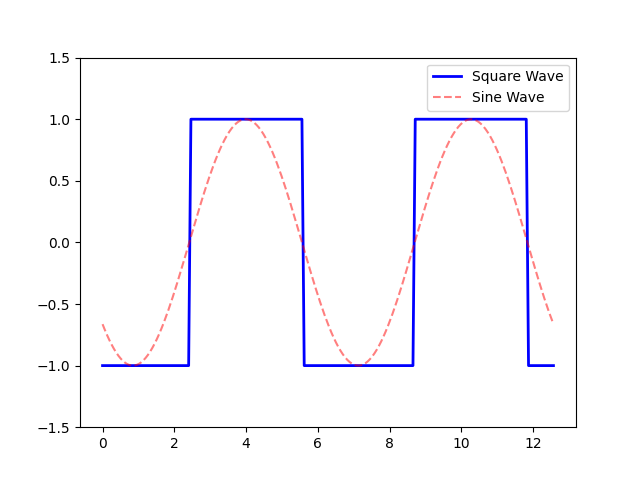
Repository: khulqu15/drone_smc_copppelia
Script's output: python py/realtime.py
These files come from the project's save history. The script's output is drawn as it stood at one moment and after the next save; the edit follows.
Animations are shown at an early frame. Random numbers start from a fixed seed.

Above is the script's output before, as saved 2024-06-24 00:52:24.

### py/realtime.py
import numpy as np
import matplotlib.pyplot as plt

# Initialize parameters and plot
x_len = 200
y_range = [-1.5, 1.5]
xs = np.linspace(0, 4 * np.pi, x_len)
ys = np.sin(xs)
square_ys = np.sign(ys)

plt.ion()  # Turn on interactive mode
fig, ax = plt.subplots()
ax.set_ylim(y_range)

line, = ax.plot(xs, square_ys, 'b-', linewidth=2, label='Square Wave')
sine_line, = ax.plot(xs, ys, 'r--', alpha=0.5, label='Sine Wave')
ax.legend()

frame = 0
try:
    while True:
        ys = np.sin(xs + frame)
        square_ys = np.sign(ys)

        line.set_ydata(square_ys)
        sine_line.set_ydata(ys)

        fig.canvas.draw()
        fig.canvas.flush_events()
        plt.pause(0.05)  # Pause for a bit, to control the update rate

        frame += 1
except KeyboardInterrupt:
    print("Stopped animation.")

After the next save:
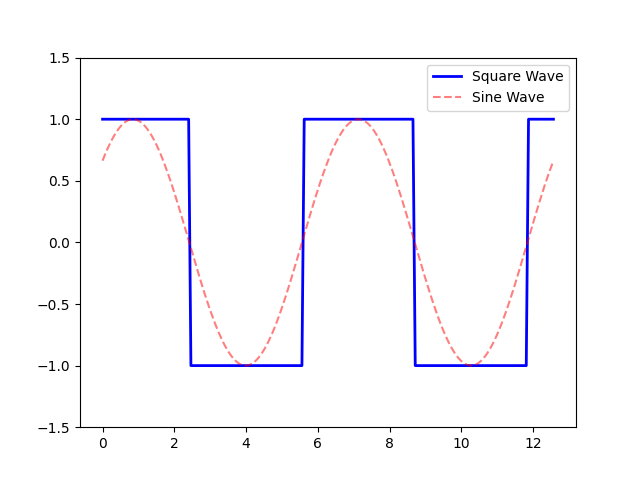
Saved 13 s later.
--- a/py/realtime.py
+++ b/py/realtime.py
@@ -19,7 +19,7 @@ ax.legend()
 frame = 0
 try:
     while True:
-        ys = np.sin(xs + frame)
+        ys = np.sin(xs + frame / 40)
         square_ys = np.sign(ys)
 
         line.set_ydata(square_ys)
